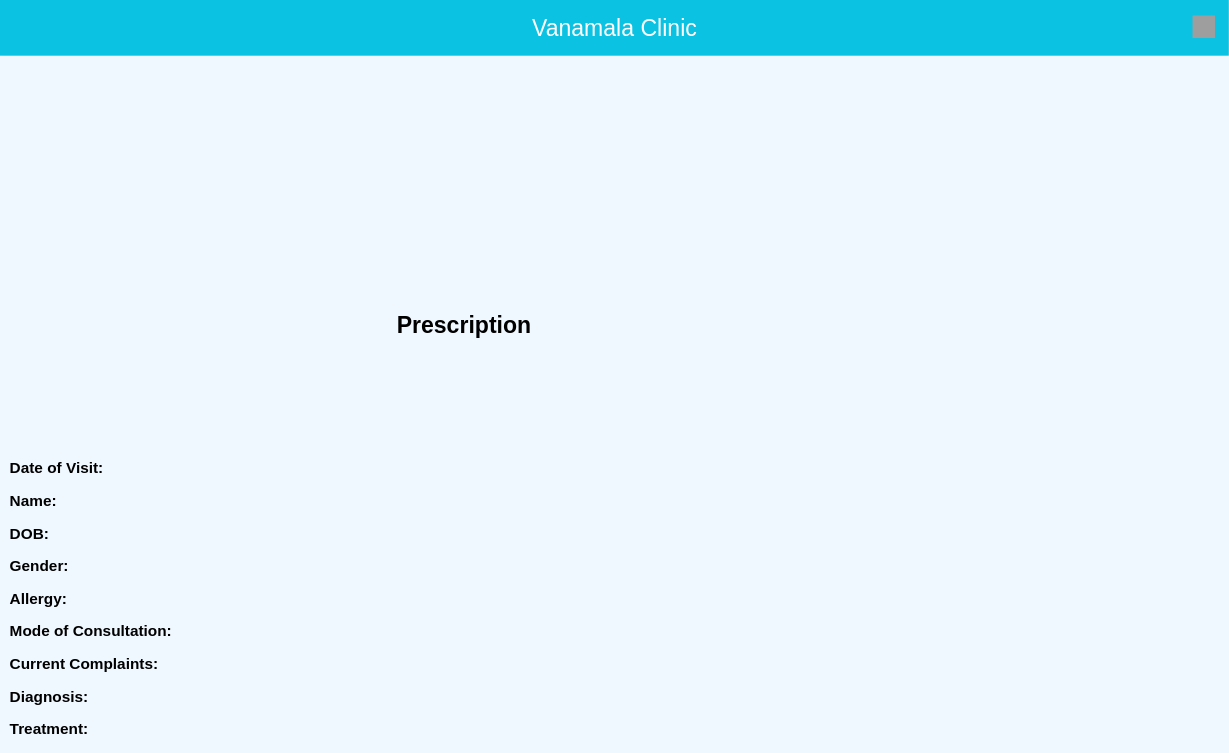
Repository: Praadnya/MEDICAL_CLINIC_WEBSITE
Page: http://localhost/prescription
These files come from the project's save history. The page is drawn as it stood at one moment and after the next save; the edit follows.
The browser window is 1280 px wide. The pictures show the whole page, at 96% of full size.
Pictures or frames that could not be fetched are drawn as grey boxes. The page is this project's Thymeleaf template; nobody is signed in. The template is opened directly, without the code that normally fills it, so the values that code supplies are empty.

Above is the page before, as saved 2024-06-12 14:15:23.

After the next save:
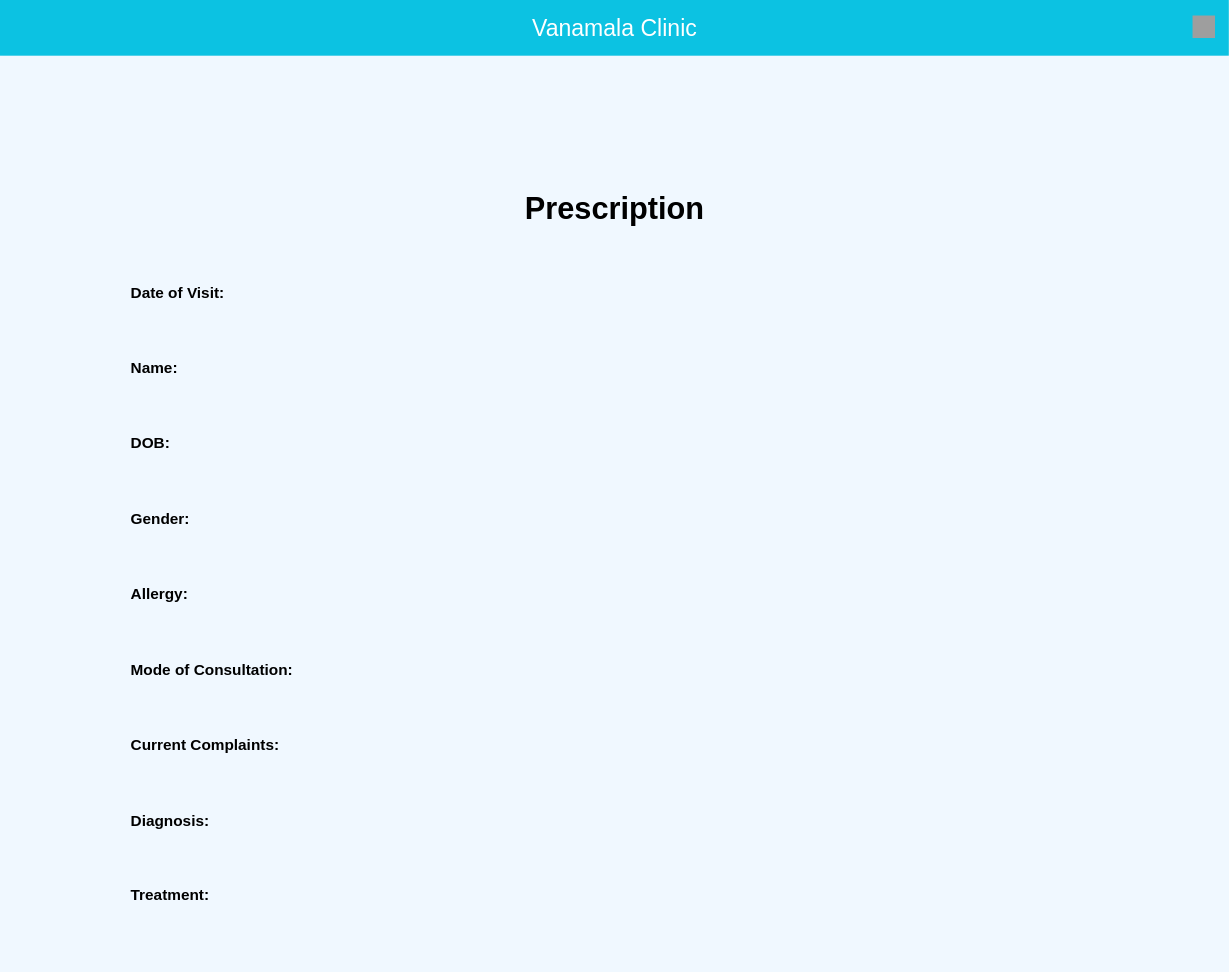
Saved 44 s later.
--- a/demo/src/main/resources/templates/prescription.html
+++ b/demo/src/main/resources/templates/prescription.html
@@ -2,54 +2,51 @@
 <html lang="en" xmlns:th="http://www.thymeleaf.org">
 <head>
     <meta charset="UTF-8">
+	<meta name="viewport" content="width=device-width, initial-scale=1.0">
     <title>Prescription</title>
     <meta name="viewport" content="width=device-width, initial-scale=1.0">
     <style>
 
 		.navbar {
-            background-color: rgb(12, 194, 226); /* Darker shade of blue */
-            color: white;
-            padding: 15px 0;
-            text-align: center;
-            font-size: 24px;
-            position: fixed;
-            width: 100%;
-            top: 0;
-            left: 0;
-            box-shadow: 0 0px 2px -2px gray;
-            font-family: 'Merriweather', sans-serif;
-            display: flex;
-            flex-direction: row;
-        }
+		            background-color: rgb(12, 194, 226); /* Darker shade of blue */
+		            color: white;
+		            padding: 15px 0;
+		            text-align: center;
+		            font-size: 24px;
+		            position: fixed;
+		            width: 100%;
+		            top: 0;
+		            left: 0;
+		            box-shadow: 0 0px 2px -2px gray;
+		            font-family: 'Merriweather', sans-serif;
+		            display: flex;
+		            flex-direction: row;
+		        }
 
-		.stuff{
-			margin: 10% 0 0 0;
-		}
+		        .navbar span {
+		            display: inline-block;
+		            vertical-align: middle;
+		            line-height: normal;
+		            margin: auto;
+		        }
 
-        .navbar span {
-            display: inline-block;
-            vertical-align: middle;
-            line-height: normal;
-            margin: auto;
-        }
+		        .navbar .home-button {
+		            position: absolute;
+		            right: 20px;
+		            top: 15px;
+		            width: 24px;
+		            height: 24px;
+		            background-color: transparent;
+		            border: none;
+		            cursor: pointer;
+		        }
 
-        .navbar .home-button {
-            position: absolute;
-            right: 20px;
-            top: 15px;
-            width: 24px;
-            height: 24px;
-            background-color: transparent;
-            border: none;
-            cursor: pointer;
-        }
-
-        .navbar .home-button img {
-            width: 24px;
-            height: 24px;
-            vertical-align: middle;
-            line-height: normal;
-        }
+		        .navbar .home-button img {
+		            width: 24px;
+		            height: 24px;
+		            vertical-align: middle;
+		            line-height: normal;
+		        }
 
         body {
         font-family: Arial, sans-serif;
@@ -58,12 +55,17 @@
         margin: 0;
         }
 
-        h2 {
-            margin:25% 0 0 32%
+        h1 {
+            margin:15% 0 0 0;
+			text-align: center;
         }
 
+		.stuff{
+			margin: 0 10% 0 10%;
+		}
+
         p {
-            margin-bottom: 5px;
+            margin: 6% 0 6% 0;
         }
 
         .red {
@@ -90,13 +92,14 @@
             display: block;
             width: 40%;
             padding: 10px;
-            margin: 15% 0 0 26%;
+            margin: 15% 0 0 28%;
             background-color: rgb(12, 194, 226);
             color: white;
             border: none;
             border-radius: 4px;
             text-decoration: none;
             text-align: center;
+			font-size: 22px;
         }
 
         .btn:hover {
@@ -112,7 +115,7 @@
 	        </button>
 	</div>
 
-    <h2>Prescription</h2>
+    <h1>Prescription</h1>
 	<div class = "stuff">
 	<div class="cont"></div>
     <p><strong>Date of Visit:</strong> <span th:if="${dateOfVisit}" th:text="${dateOfVisit}"></span></p>
